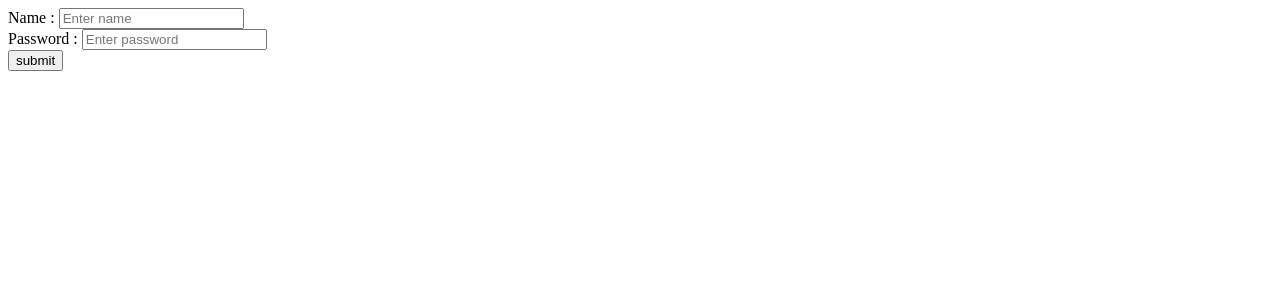
Repository: Dhwanishah1106/WTL
Page: Login6/WebContent/Login.html
An editor plug-in stored every save of this project. The page is shown before and after the next save, followed by the edit.
The browser window is 1280 px wide. The pictures show the whole page.

Above is the page before, as saved 2019-04-11 09:29:10.

After the next save:
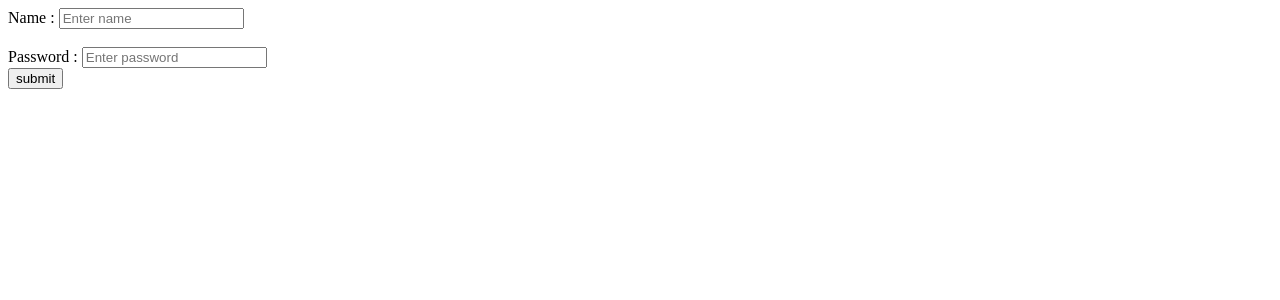
Saved 7 s later.
--- a/Login6/WebContent/Login.html
+++ b/Login6/WebContent/Login.html
@@ -7,7 +7,7 @@
 <body>
 
 <form action = "Process.jsp" method = "POST">
-	Name : <input type="text" id="name" name="name" placeholder="Enter name"><br>
+	Name : <input type="text" id="name" name="name" placeholder="Enter name"><br><br>
 	Password : <input type="password" id="password" placeholder="Enter password"><br>
 	<input type="submit" id="submit" value="submit">
 </form>
